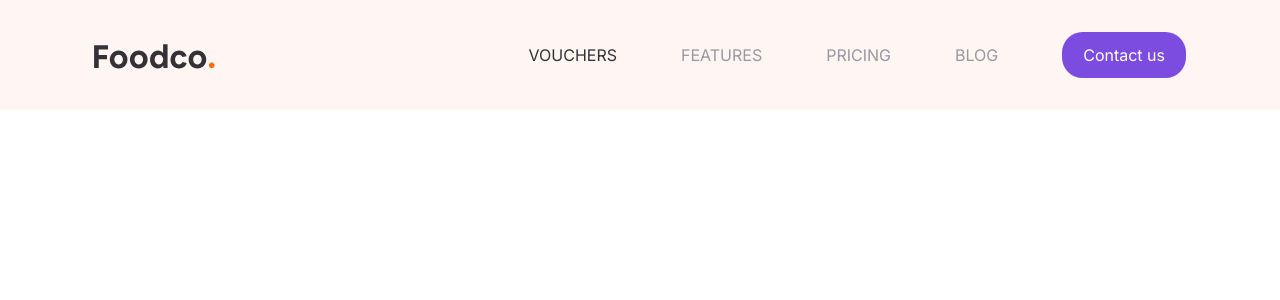
Repository: badhon252/Foodco
Page: index.html
An editor plug-in stored every save of this project. The page is shown before and after the next save, followed by the edit.
The browser window is 1280 px wide. The pictures show the whole page.
The style sheet was rebuilt from its Sass, Less or Tailwind sources for each picture, by a compiler version that may differ from the author's.

Above is the page before, as saved 2022-09-15 15:28:17.

After the next save:
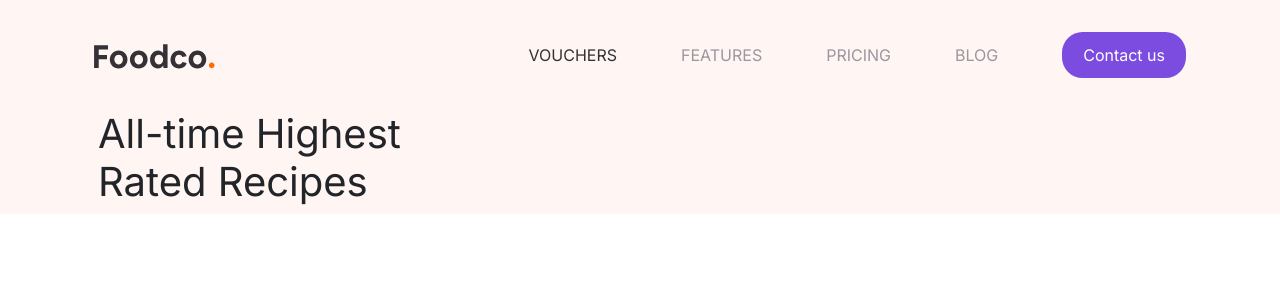
Saved 34 s later.
--- a/index.html
+++ b/index.html
@@ -49,7 +49,9 @@
 
             <div class="div header-content">
                 <div class="row">
-                    <div class="col-md-4"></div>
+                    <div class="col-md-4">
+                        <h1 class="px-3">All-time Highest Rated Recipes</h1>
+                    </div>
                     <div class="col-md-8"></div>
                 </div>
             </div>
